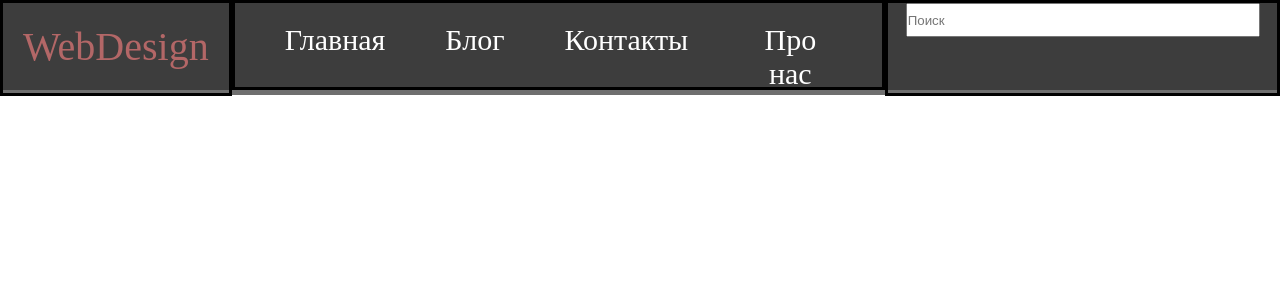
Repository: andbaik/Itprog
Page: index.htm
These files come from the project's save history. The page is drawn as it stood at one moment and after the next save; the edit follows.
The browser window is 1280 px wide. The pictures show the whole page.

Above is the page before, as saved 2021-01-19 16:52:13.

After the next save:
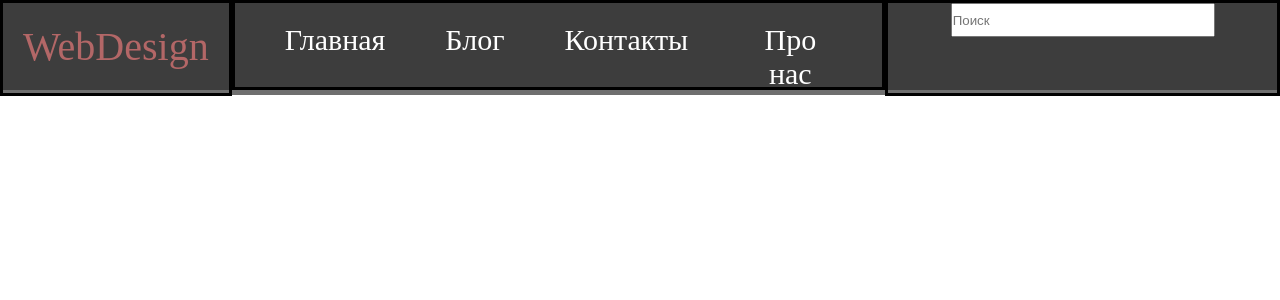
Saved 24 s later.
--- a/css/style.css
+++ b/css/style.css
@@ -62,6 +62,6 @@ a {
 }
 
 .serch-button {
-    width: 350px;
+    width: 260px;
     height: 30px;
 }
